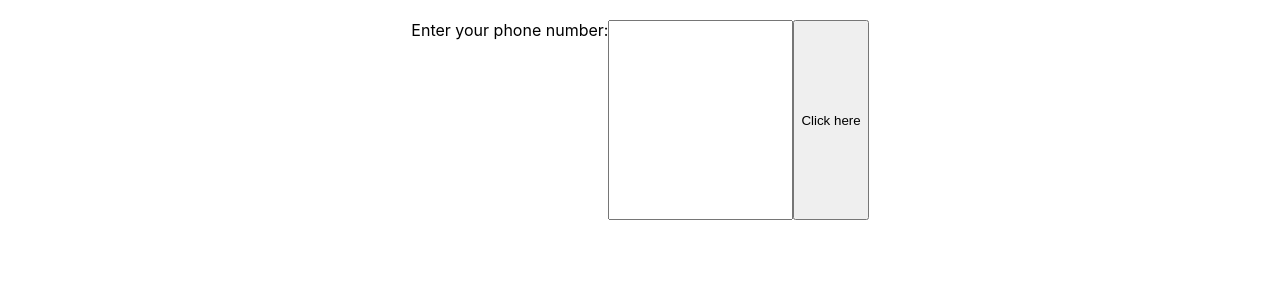
Repository: Rubin78/login-verification
Page: /
The author's editor kept a copy of each file at every save. The page is drawn from the files as they stood at one save, then again after the next save.
The browser window is 1280 px wide. The pictures show the whole page.
The project was rebuilt for these pictures with package versions that can differ from the ones it lists, and the page was loaded fresh each time.

Above is the page before, as saved 2021-02-15 02:01:38.

After the next save:
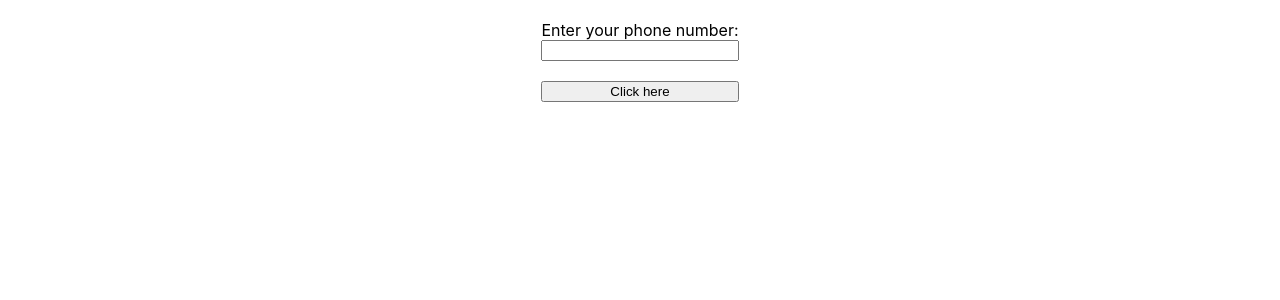
Saved 13 s later.
--- a/src/App.js
+++ b/src/App.js
@@ -76,7 +76,7 @@ export default class App extends Component {
         <form onSubmit={this.handleClick}>
           <div id="recaptcha"></div>
           <br />
-          <div style={{ height: 200  ,display:"flex"}}>
+          <div style={{ height: 200  ,display:"flex",flexDirection:'column'}}>
             {" "}
             <div>
               <label for="phone">Enter your phone number: </label>
